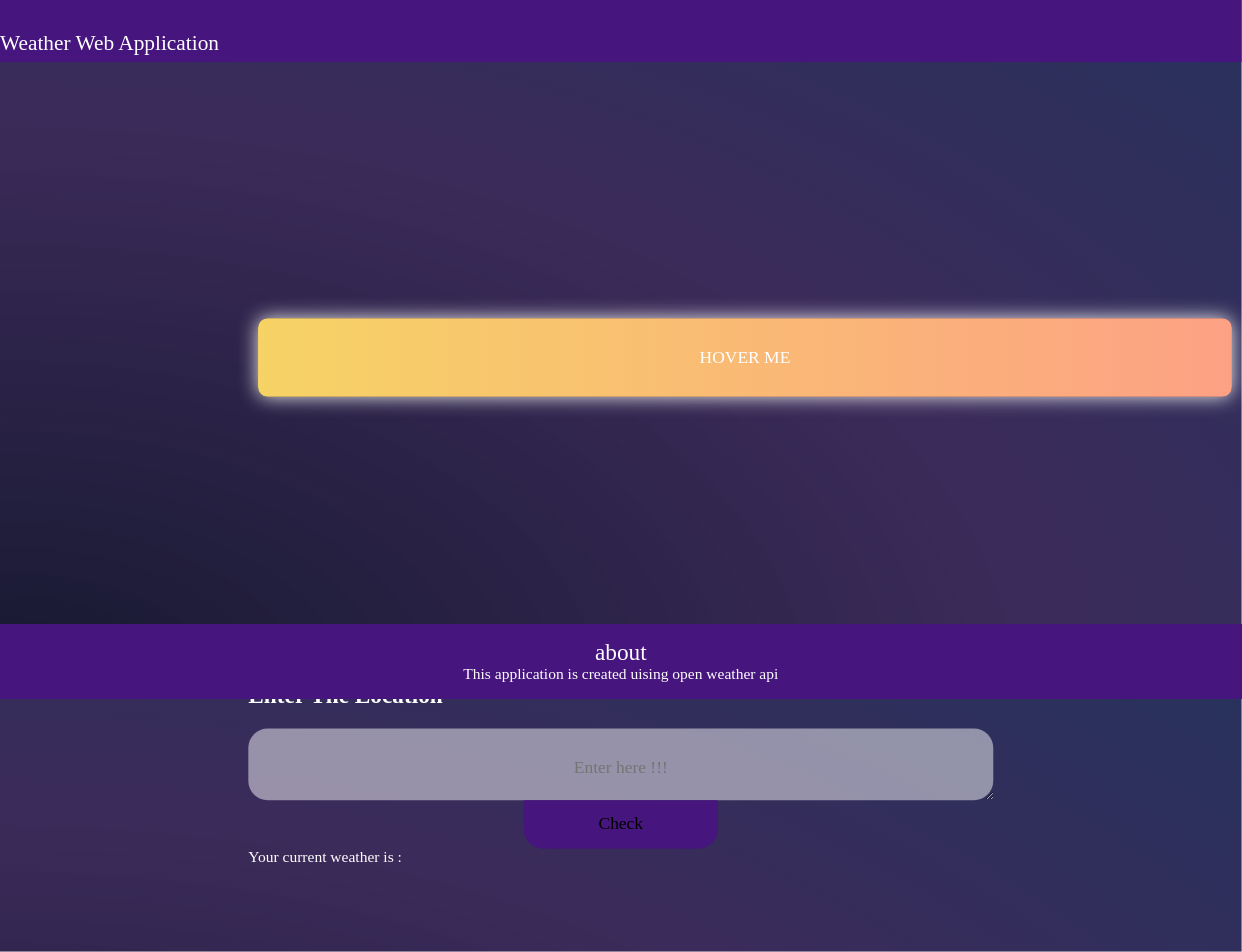
Repository: Irfan-vit/openapi
Page: index.html
An editor plug-in stored every save of this project. The page is shown before and after the next save, followed by the edit.
The browser window is 1280 px wide. The pictures show the whole page, at 97% of full size.
Backgrounds fixed to the window are drawn as part of the page.

Above is the page before, as saved 2021-05-28 23:55:23.

### index.html
<!DOCTYPE html>
<html lang="en">

<head>
    <meta charset="UTF-8">
    <meta http-equiv="X-UA-Compatible" content="IE=edge">
    <meta name="viewport" content="width=device-width, initial-scale=1.0">
    <title>Api</title>
    <link rel="stylesheet" href="style.css">
</head>

<body>


    <div class="nav">
        <input type="checkbox" id="nav-check" />
        <div class="nav-header">
            <div class="nav-title">
                Weather Web Application
            </div>
        </div>
        <div class="nav-btn">
            <label for="nav-check">
                <span></span>
                <span></span>
                <span></span>
            </label>
        </div>

        <div class="nav-links">
            <div class="container">
                <a class="btn btn-1">Hover me</a>
            </div>
        </div>
    </div>

    <main>

        <h2>Enter The Location</h2>

        <textarea name="" id="txt-input" class="t-area" placeholder="Enter here !!!"></textarea>

        <button id="btn-translate">
            Check
        </button>

        <div>Your current weather is :</div>

        <div id="output" class="t-area">

        </div>

    </main>

    <footer>
        <div style="font-size: x-large;">about</div>
        <p>This application is created uising open weather api</p>
    </footer>



    <script src="app.js" type="text/javascript"></script>
</body>

</html>

### style.css
/* @import url('https://fonts.googleapis.com/css2?family=Kalam&display=swap'); */

* {
    box-sizing: border-box;
}

:root {
    --primary: #46157E;
    --black: #333333;
    --width-break:800px
}

body {
    margin: 0;
    /* font-family: 'Kalam', cursive; */
    color: #333333;
      background: radial-gradient(
    ellipse at left bottom,
    rgba(22, 24, 47, 1) 0%,
    rgba(38, 20, 72, 0.9) 59%,
    rgba(17, 27, 75, 0.9) 100%
  );
    height: 100%;
    margin: 0;
    background-repeat: no-repeat;
    background-attachment: fixed;
    color: white;

}

nav {
    background-color: var(--primary);
    text-align: center;
}

main {
    margin: auto;
    padding: 1rem;
    max-width: var(--width-break);
}

textarea {
    display: block;
    width: 100%;
    min-height: 5vh;
    font-size: large;
    font-family: inherit;
    background-color: #ffffff7a;
    border:none;
    border-radius:20px;
    text-align: center;
    padding-top: 30px;;
}

textarea:hover {
    display: block;
    width: 100%;
    min-height: 5vh;
    font-size: large;
    font-family: inherit;
    background-color: #ffffff;
    border-radius:20px;
    border: none;
    text-align: center;
}

button {
    background-color: var(--primary);
    border: none;
    margin: 8rem 0rem;
    font-family: 'Kalam', cursive;
    font-size: large;
    cursor: pointer;
    height: 50px;
    width: 200px;
    border-bottom-left-radius:20px;
    border-bottom-right-radius:20px;
    margin:auto;
    display:block;

}


#output {
    box-sizing: border-box;
    width: 100%;
    min-height: 10vh;
    max-height: 20vh;
    /* border: 1px solid var(--black); */
}

footer {
    position: fixed;
    bottom: 0;
    width: 100%;
    padding: 1rem;
    background-color: var(--primary);
    text-align: center;
}

footer p {
    max-width: var(--width-break);
    margin: auto;
}

.nav {
  height: 50px;
  width: 100%;
  background-color: #46157E;
  position: relative;
  padding:2rem 0rem;
}

.nav > .nav-header {
  display: inline;
}

.nav > .nav-header > .nav-title {
  display: inline-block;
  font-size: 22px;
  color: #fff;
  /* padding: 10px 10px 10px 10px; */
  padding-bottom: 1rem;
}

.nav > .nav-btn {
  display: none;
}

.nav > .nav-links {
  display: inline;
  float: right;
  font-size: 18px;
  margin:-1.5rem 0rem ;
}

.nav > .nav-links > a {
  display: inline-block;
  padding: 13px 10px 13px 10px;
  text-decoration: none;
  color: #efefef;
}

.nav > .nav-links > a:hover {
  background-color: rgba(0, 0, 0, 0.3);
}

.nav > #nav-check {
  display: none;
}

@media (max-width:600px) {
  .nav > .nav-btn {
    display: inline-block;
    position: absolute;
    right: 0px;
    top: 0px;
  }
  .nav > .nav-btn > label {
    display: inline-block;
    width: 50px;
    height: 50px;
    padding: 13px;
  }
  .nav > .nav-btn > label:hover,.nav  #nav-check:checked ~ .nav-btn > label {
    background-color: rgba(0, 0, 0, 0.3);
  }
  .nav > .nav-btn > label > span {
    display: block;
    width: 25px;
    height: 10px;
    border-top: 2px solid #eee;

  }
  .nav > .nav-links {
    position: absolute;
    display: block;
    width: 100%;
    background-color: #333;
    height: 0px;
    transition: all 0.3s ease-in;
    overflow-y: hidden;
    top: 50px;
    left: 0px;
    margin-top:0.4rem;
  }
  .nav > .nav-links > a {
    display: block;
    width: 100%;
  }
  .nav > #nav-check:not(:checked) ~ .nav-links {
    height: 0px;
  }
  .nav > #nav-check:checked ~ .nav-links {
    height: calc(100vh - 50px);
    overflow-y: auto;
  }
}

.container {
  display: flex;
  justify-content: center;
  align-items: center;
  align-content: center;
  flex-wrap: wrap;
  width: 80vw;
  margin: 0 auto;
  min-height: 100vh;
}
.btn {
  flex: 1 1 auto;
  margin: 10px;
  padding: 30px;
  text-align: center;
  text-transform: uppercase;
  transition: 0.5s;
  background-size: 200% auto;
  color: white;
 /* text-shadow: 0px 0px 10px rgba(0,0,0,0.2);*/
  box-shadow: 0 0 20px #eee;
  border-radius: 10px;
 }

/* Demo Stuff End -> */

/* <- Magic Stuff Start */

.btn:hover {
  background-position: right center; /* change the direction of the change here */
}

.btn-1 {
  background-image: linear-gradient(to right, #f6d365 0%, #fda085 51%, #f6d365 100%);
}


/* Magic Stuff End -> */

### app.js
var btnTranslate = document.querySelector("#btn-translate");
var txtInput = document.querySelector("#txt-input");
var outputDiv = document.querySelector('#output')
var serverURL = "https://api.openweathermap.org/data/2.5/weather?q="
var key = "&appid=49257f6591cfc3ed8daf0b5970d519cb"

function getTranslationURL(text) {
    return serverURL + text + key
}

function errorHandler(error) {
    console.log("error occured", error)
    alert("something went wrong  :  " + error)
}

function clickHandler() {
    // outputDiv.innerText = "translated  " + txtInput.value + "  To : bababbababababababa ";

    var inputText = txtInput.value;

    fetch(getTranslationURL(inputText))
        .then(response => response.json())
        .then(json => {
            var translatedText = "Country : " + json['sys']['country'] + " | tempreature : " + json['main']['temp'] + " | weather : " +  json['weather'][0]['description'] + " | longitude : " + json['coord']['lon'] + " | latitude : " + json['coord']['lat'] + " | wind speed : " + json['wind']['speed'] + " | Wind direction, degrees : " + json['wind']['deg'];
            outputDiv.innerText = translatedText;
            })
    };


btnTranslate.addEventListener("click", clickHandler)

After the next save:
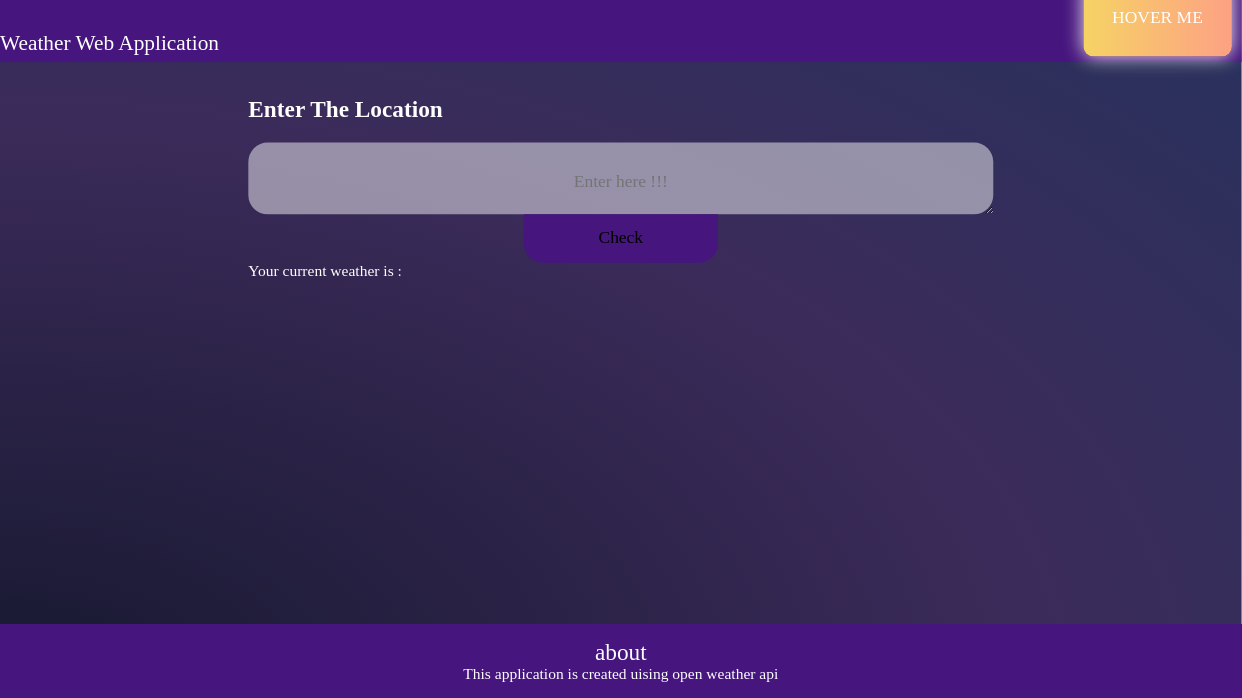
Saved 18 s later.
--- a/style.css
+++ b/style.css
@@ -198,14 +198,14 @@ footer p {
 }
 
 .container {
-  display: flex;
+  /* display: flex;
   justify-content: center;
   align-items: center;
   align-content: center;
   flex-wrap: wrap;
   width: 80vw;
   margin: 0 auto;
-  min-height: 100vh;
+  min-height: 100vh; */
 }
 .btn {
   flex: 1 1 auto;
